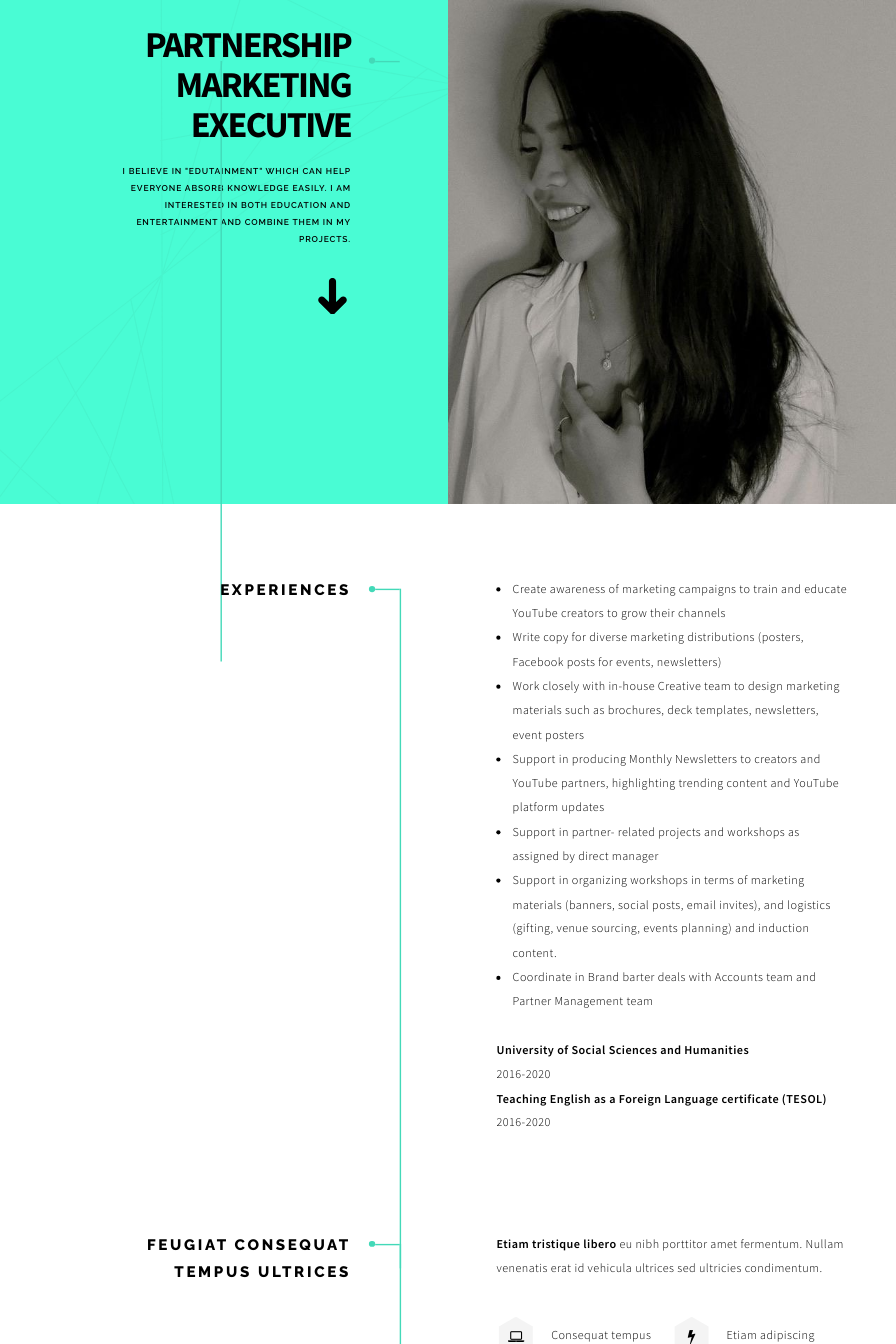
Repository: leonardin999/linh-porfolios
Page: index.html
These files come from the project's save history. The page is drawn as it stood at one moment and after a run of saves; the edit follows.
The browser window is 1280 px wide. The pictures show the part of the page from y = 0 to 1920 px (the page is 6700 px tall), at 70% of full size.

Above is the page before, as saved 2023-01-22 21:38:12.

After the next 2 saves:
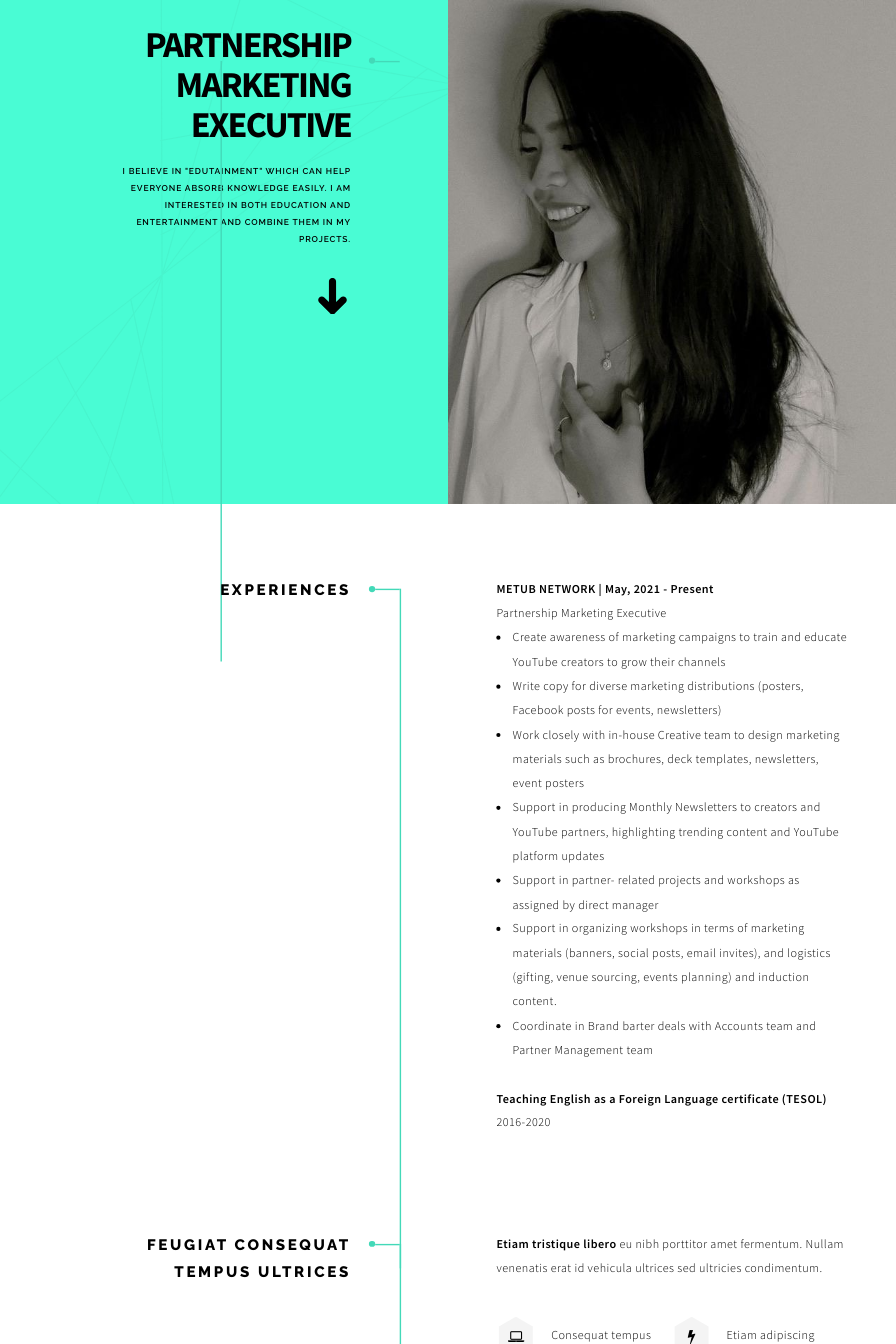
The 2 saves are shown as one change because they came seconds apart.
The last was saved 4 min 22 s later.
--- a/index.html
+++ b/index.html
@@ -49,6 +49,8 @@
           <h2>Experiences</h2>
         </header>
         <div class="content">
+            <strong>METUB NETWORK | May, 2021 - Present</strong>
+            <br>Partnership Marketing Executive</br>
             <ul class="">
               <li class="">Create awareness of marketing campaigns to train and educate YouTube creators to grow their channels</li>
               <li class="">Write copy for diverse marketing distributions (posters, Facebook posts for events, newsletters)</li>
@@ -58,8 +60,7 @@
               <li class="">Support in organizing workshops in terms of marketing materials (banners, social posts, email invites), and logistics (gifting, venue sourcing, events planning) and induction content.</li>
               <li class="">Coordinate in Brand barter deals with Accounts team and Partner Management team</li>
             </ul>
-            <strong>University of Social Sciences and Humanities</strong>
-            <br>2016-2020</br>
+
             <strong>Teaching English as a Foreign Language certificate (TESOL)</strong>
             <br>2016-2020</br>
           </p>
